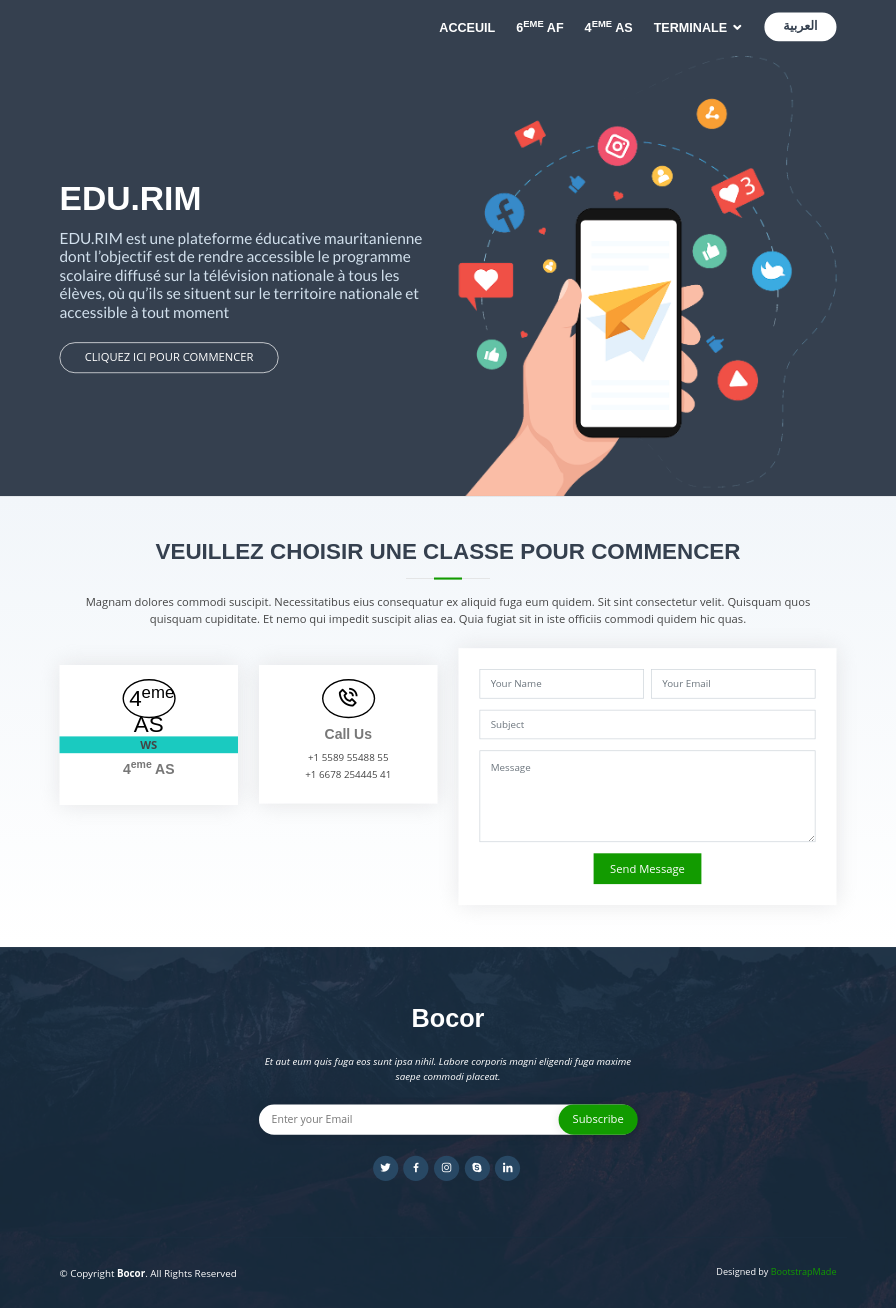
Repository: athiemohamed/courat
Page: http://localhost/
An editor plug-in stored every save of this project. The page is shown before and after a run of saves, followed by the edit.
The browser window is 1280 px wide. The pictures show the whole page, at 70% of full size.
Some web fonts or font styles are not loaded; a fallback is used. The page is run by PHP 8.4 with error messages shown; the project is at /var/www/html/.

Above is the page before, as saved 2020-03-26 13:03:00.

After the next 4 saves:
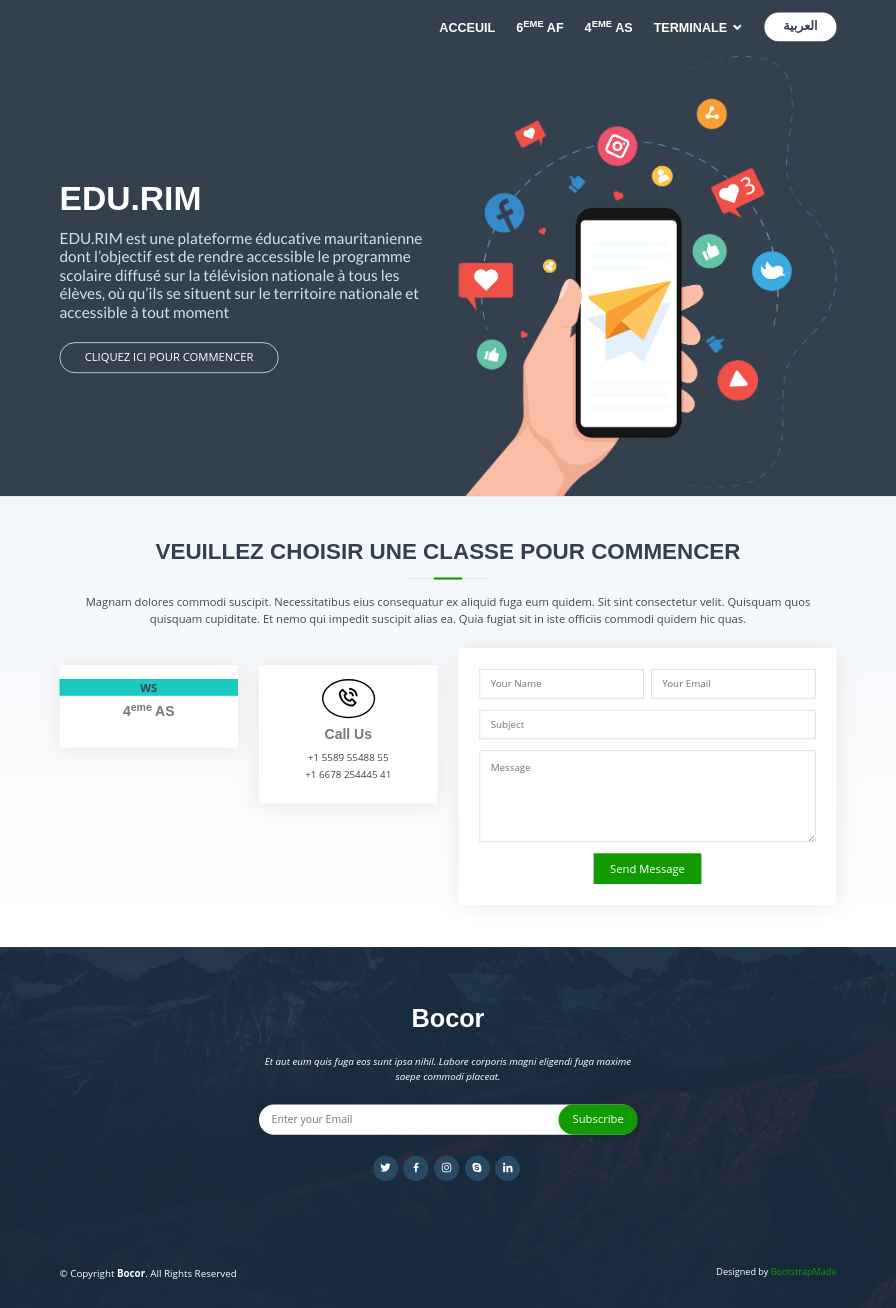
The 4 saves are shown as one change because they came seconds apart.
The last was saved 10 s later.
--- a/index.php
+++ b/index.php
@@ -152,10 +152,10 @@
             <div class="row">
               <div class="col-md-6">
                 <div class="info-box mt-4" data-aos="fade-up" data-aos-delay="100">
-                  <i class="rounded-number">4<sup>eme</sup> AS</i>
+                  <!-- <i class="rounded-number">4<sup>eme</sup> AS</i> -->
                   <div class="circle-badge" style="background:#1ACAC0">
-            <strong>WS</strong>
-          </div>
+                    <strong>WS</strong>
+                  </div>
                   <h3>4<sup>eme</sup> AS</h3>
                 </div>
               </div>
